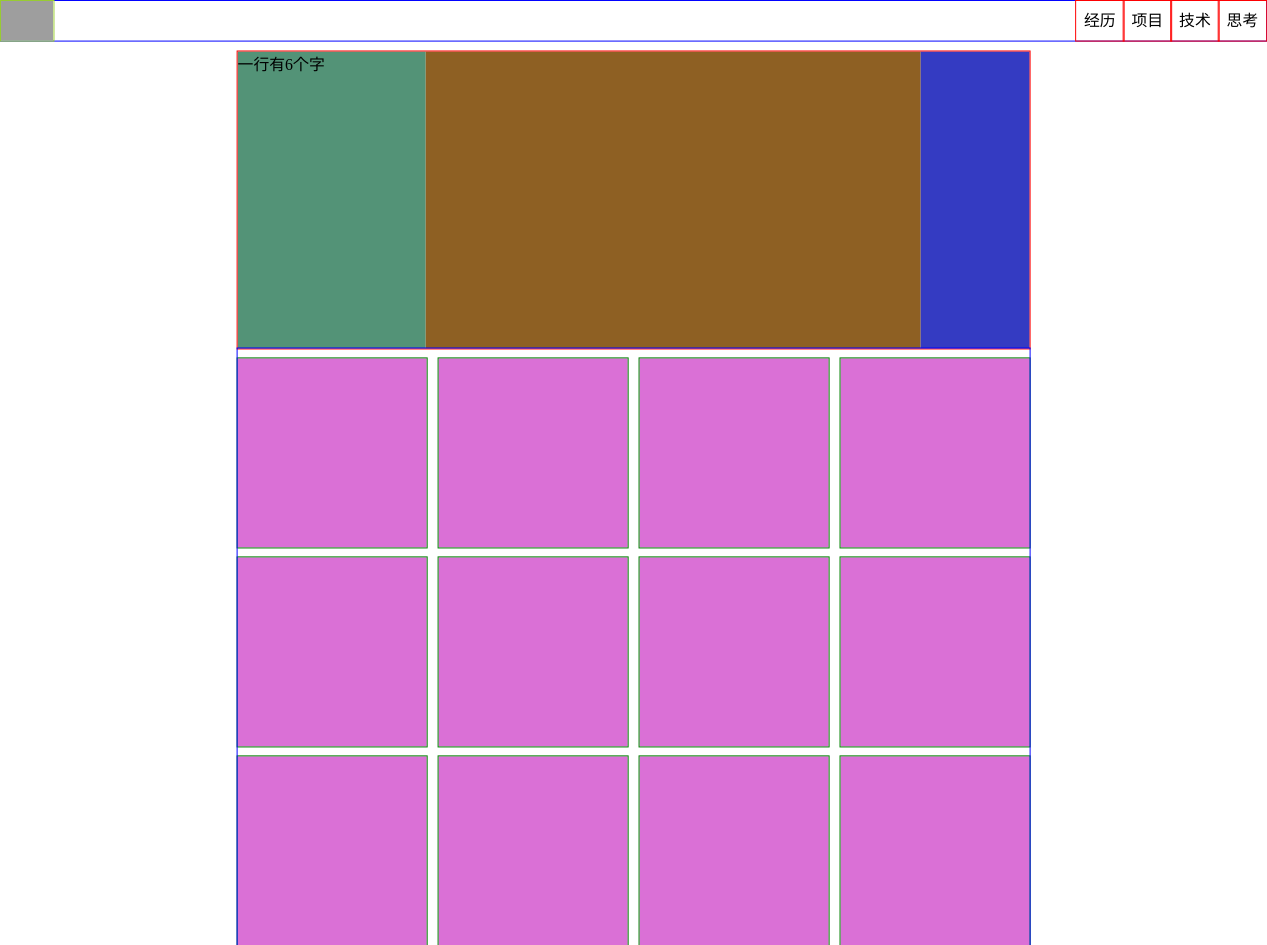
Repository: Lixianlai-2/Css-practice
Page: flex布局/index.html
The author's editor kept a copy of each file at every save. The page is drawn from the files as they stood at one save, then again after the next save.
The browser window is 1280 px wide. The pictures show the whole page, at 99% of full size.
Pictures or frames that could not be fetched are drawn as grey boxes.

Above is the page before, as saved 2021-12-04 11:08:45.

### flex布局/index.html
<!DOCTYPE html>
<html>
  <head>
    <meta charset="utf-8" />
    <link rel="stylesheet" href="style.css" />
    <title>float浮动</title>
  </head>

  <body>
    <header>
      <div class="logo">
        <img
          src="https://avatars.githubusercontent.com/u/23273345?v=4"
          alt="头像"
        />
      </div>
      <ul>
        <li>经历</li>
        <li>项目</li>
        <li>技术</li>
        <li>思考</li>
      </ul>
    </header>
    <div class="content">
      <aside>一行有6个字</aside>
      <main></main>
      <div class="ad"></div>
    </div>

    <div class="imageList">
      <div class="x">
        <div class="image"></div>
        <div class="image"></div>
        <div class="image"></div>
        <div class="image"></div>
        <div class="image"></div>
        <div class="image"></div>
        <div class="image"></div>
        <div class="image"></div>
        <div class="image"></div>
        <div class="image"></div>
        <div class="image"></div>
        <div class="image"></div>
      </div>
    </div>
  </body>
</html>

### flex布局/style.css
* {
  margin: 0;
  padding: 0;
  box-sizing: border-box;
}

img {
  max-width: 100%;
}

ul,
ol {
  list-style: none;
}

header {
  border: 1px solid blue;
}

ul,
ol {
  list-style: none;
}

.logo {
  display: inline-block;
  outline: 1px solid yellowgreen;
  justify-content: flex-start;
  /* height: 40px; */
}

header {
  display: flex;
  justify-content: space-between;
}

.logo > img {
  height: 40px;
  vertical-align: middle;
}

ul > li {
  outline: 1px solid red;
  line-height: 32px;
  padding: 4px 0.5em;
}

ul {
  display: flex;
  /* 必须让其浮动，也让logo浮动，才能让其父容器完全贴合 */
}

.content {
  /* 不占据空间，绘制于元素内容周围 */
  display: flex;
  outline: 1px solid red;
  width: 800px;
  margin-top: 10px;
  margin-left: auto;
  margin-right: auto;
}

.content > aside {
  width: 190px;
  height: 300px;

  background-color: rgb(83, 147, 119);
}

.content > main {
  height: 300px;
  width: 500px;

  background-color: rgb(142, 96, 35);
}

.content > .ad {
  width: 110px;
  height: 300px;

  background-color: rgb(52, 59, 194);
}

.imageList {
  justify-content: space-evenly;
  outline: 1px solid blue;
  width: 800px;
  margin-left: auto;
  margin-right: auto;
}

.image {
  outline: 1px solid green;
  background-color: orchid;

  width: 191px;
  height: 191px;
  margin-top: 10px;
  margin-right: 12px;
}

.x {
  display: flex;
  flex-wrap: wrap;
  margin-right: -12px;
}

After the next save:
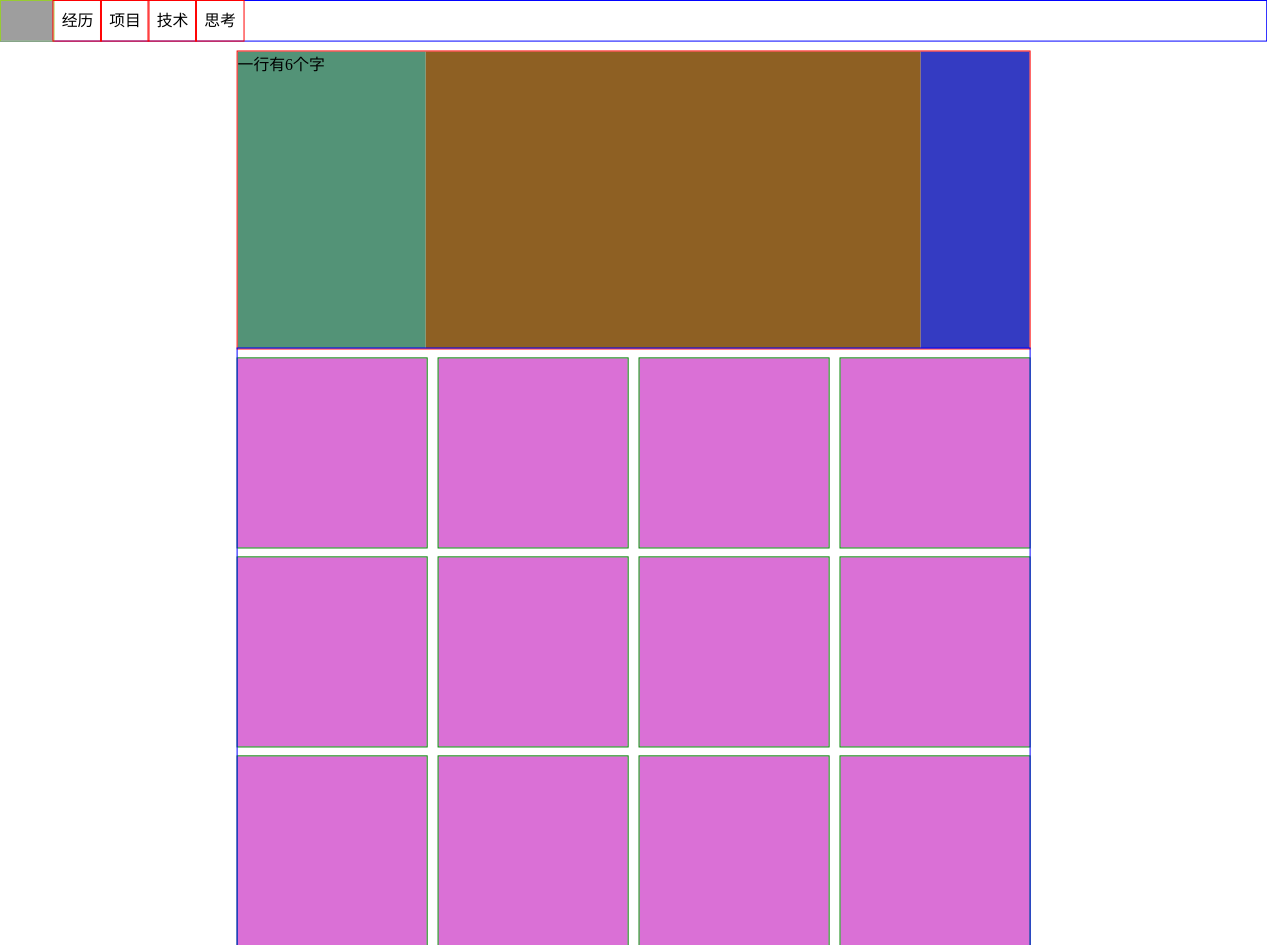
Saved 18 min 10 s later.
--- a/flex布局/style.css
+++ b/flex布局/style.css
@@ -31,7 +31,7 @@
 
 header {
   display: flex;
-  justify-content: space-between;
+  /* justify-content: space-between; */
 }
 
 .logo > img {
@@ -46,6 +46,7 @@
 }
 
 ul {
+  margin-right: auto;
   display: flex;
   /* 必须让其浮动，也让logo浮动，才能让其父容器完全贴合 */
 }

After the save that followed:
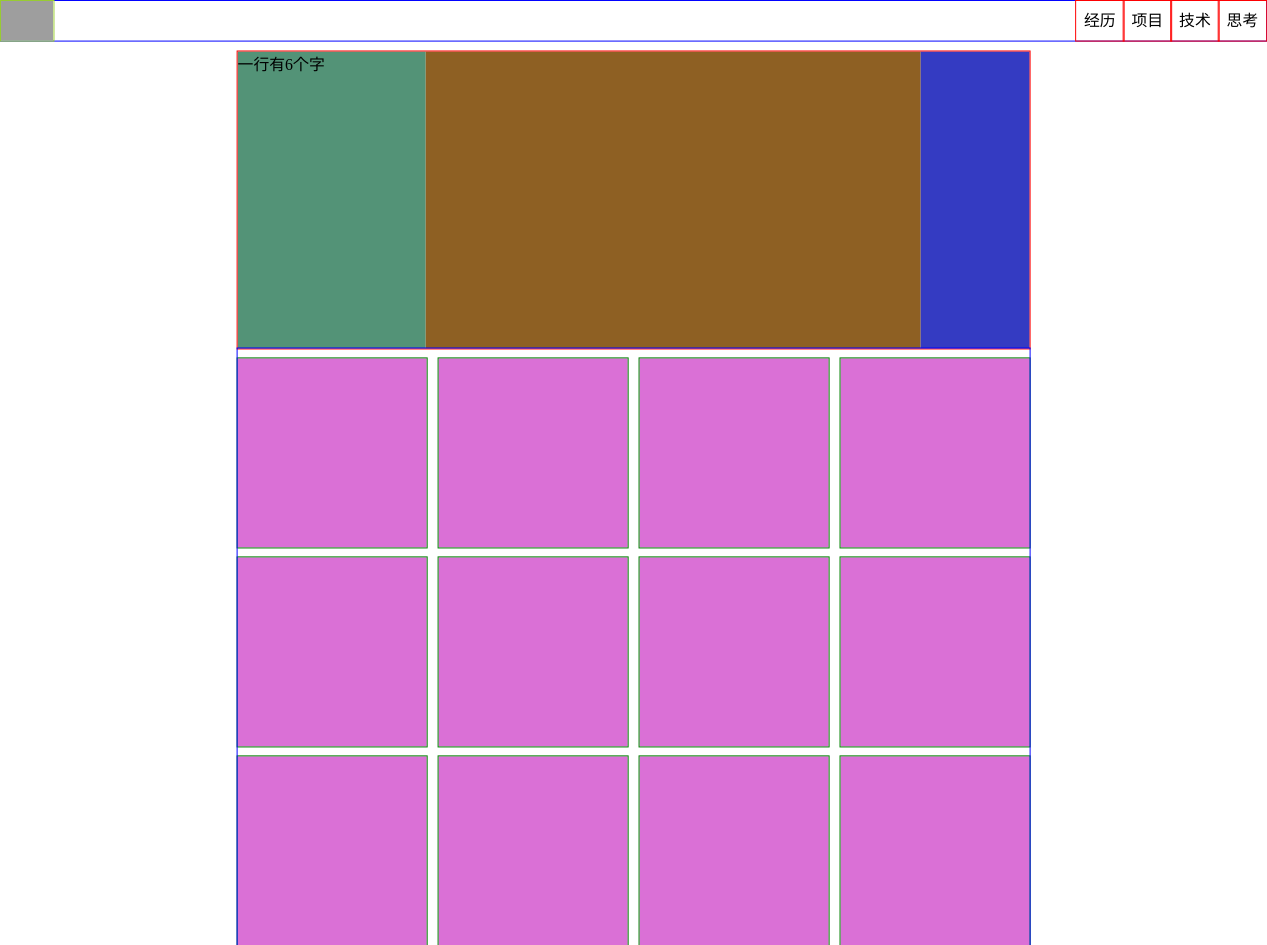
Saved 20 s later.
--- a/flex布局/style.css
+++ b/flex布局/style.css
@@ -46,7 +46,7 @@
 }
 
 ul {
-  margin-right: auto;
+  margin-left: auto;
   display: flex;
   /* 必须让其浮动，也让logo浮动，才能让其父容器完全贴合 */
 }
